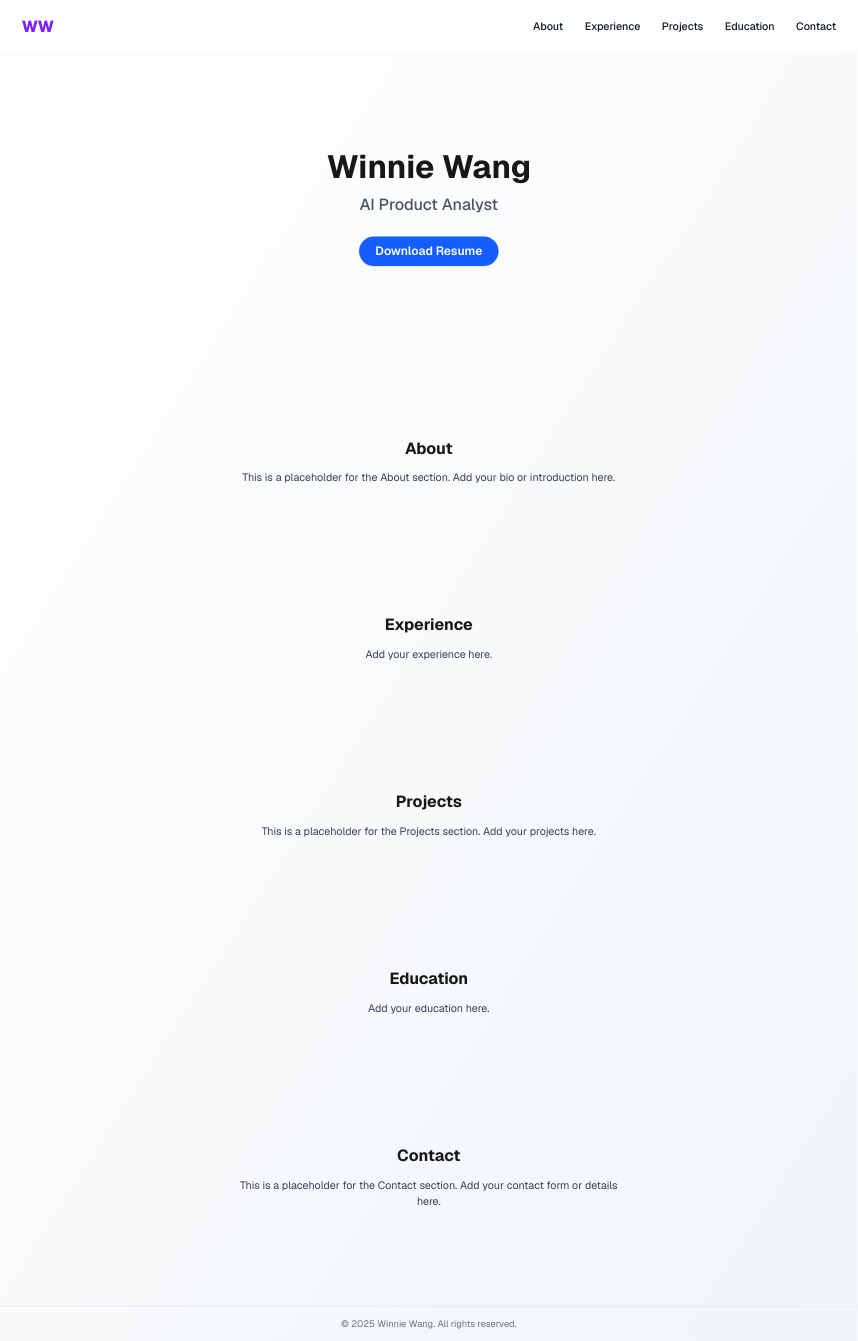
Repository: winniewyl/personal-portfolio
Page: /
The author's editor kept a copy of each file at every save. The page is drawn from the files as they stood at one save, then again after the next save.
The browser window is 1280 px wide. The pictures show the whole page, at 67% of full size.
The project was rebuilt for these pictures with package versions that can differ from the ones it lists, and the page was loaded fresh each time. The framework's server and built-in components were replaced by stand-ins that run in the browser. Also part of the build but not shown: next.config.ts.

Above is the page before, as saved 2025-07-22 11:30:58.

After the next save:
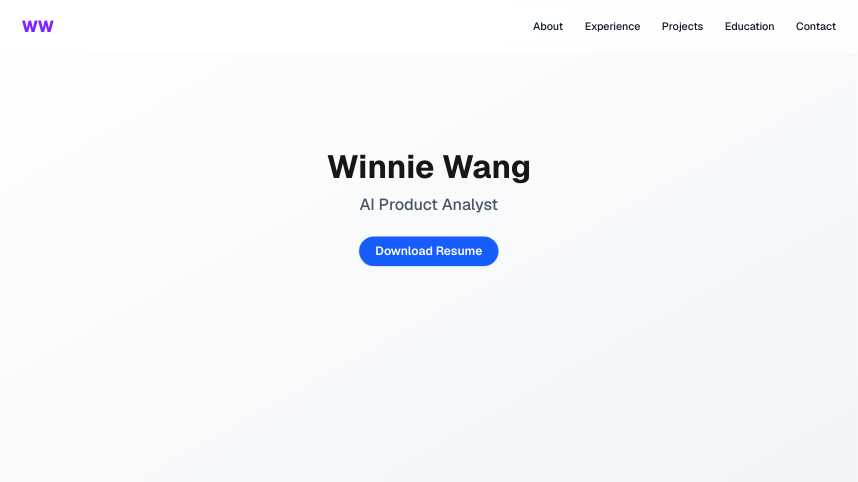
Saved 86 s later.
--- a/src/app/page.tsx
+++ b/src/app/page.tsx
@@ -1,8 +1,4 @@
 import Hero from '../components/Hero';
-import About from '../components/About';
-import Projects from '../components/Projects';
-import Contact from '../components/Contact';
-import Footer from '../components/Footer';
 
 export default function Home() {
   return (
@@ -64,45 +60,7 @@ export default function Home() {
             resumeLink="/Winnie_Wang_Resume.pdf"
           />
         </section>
-        <section
-          id="about"
-          className="w-full flex flex-col items-center py-16 sm:py-20 max-w-3xl mx-auto"
-        >
-          <About />
-        </section>
-        {/* Placeholder for Experience */}
-        <section
-          id="experience"
-          className="w-full flex flex-col items-center py-16 sm:py-20 max-w-3xl mx-auto"
-        >
-          <h2 className="text-2xl font-bold mb-4">Experience</h2>
-          <p className="max-w-xl text-center text-gray-700 dark:text-gray-300">
-            Add your experience here.
-          </p>
-        </section>
-        <section
-          id="projects"
-          className="w-full flex flex-col items-center py-16 sm:py-20 max-w-3xl mx-auto"
-        >
-          <Projects />
-        </section>
-        <section
-          id="education"
-          className="w-full flex flex-col items-center py-16 sm:py-20 max-w-3xl mx-auto"
-        >
-          <h2 className="text-2xl font-bold mb-4">Education</h2>
-          <p className="max-w-xl text-center text-gray-700 dark:text-gray-300">
-            Add your education here.
-          </p>
-        </section>
-        <section
-          id="contact"
-          className="w-full flex flex-col items-center py-16 sm:py-20 max-w-3xl mx-auto"
-        >
-          <Contact />
-        </section>
       </main>
-      <Footer />
     </div>
   );
 }
